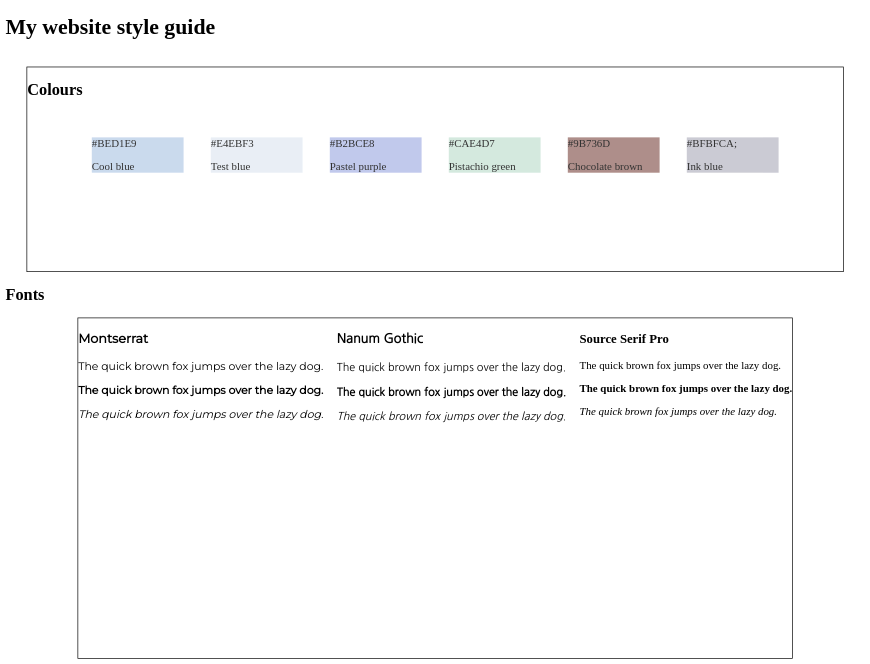
Repository: nazaninrizvi/codecademy
Page: Javascript/website-design-system/index.html
An editor plug-in stored every save of this project. The page is shown before and after a run of saves, followed by the edit.
The browser window is 1280 px wide. The pictures show the whole page, at 68% of full size.
Some web fonts or font styles are not loaded; a fallback is used.

Above is the page before, as saved 2021-11-27 22:05:15.

After the next 4 saves:
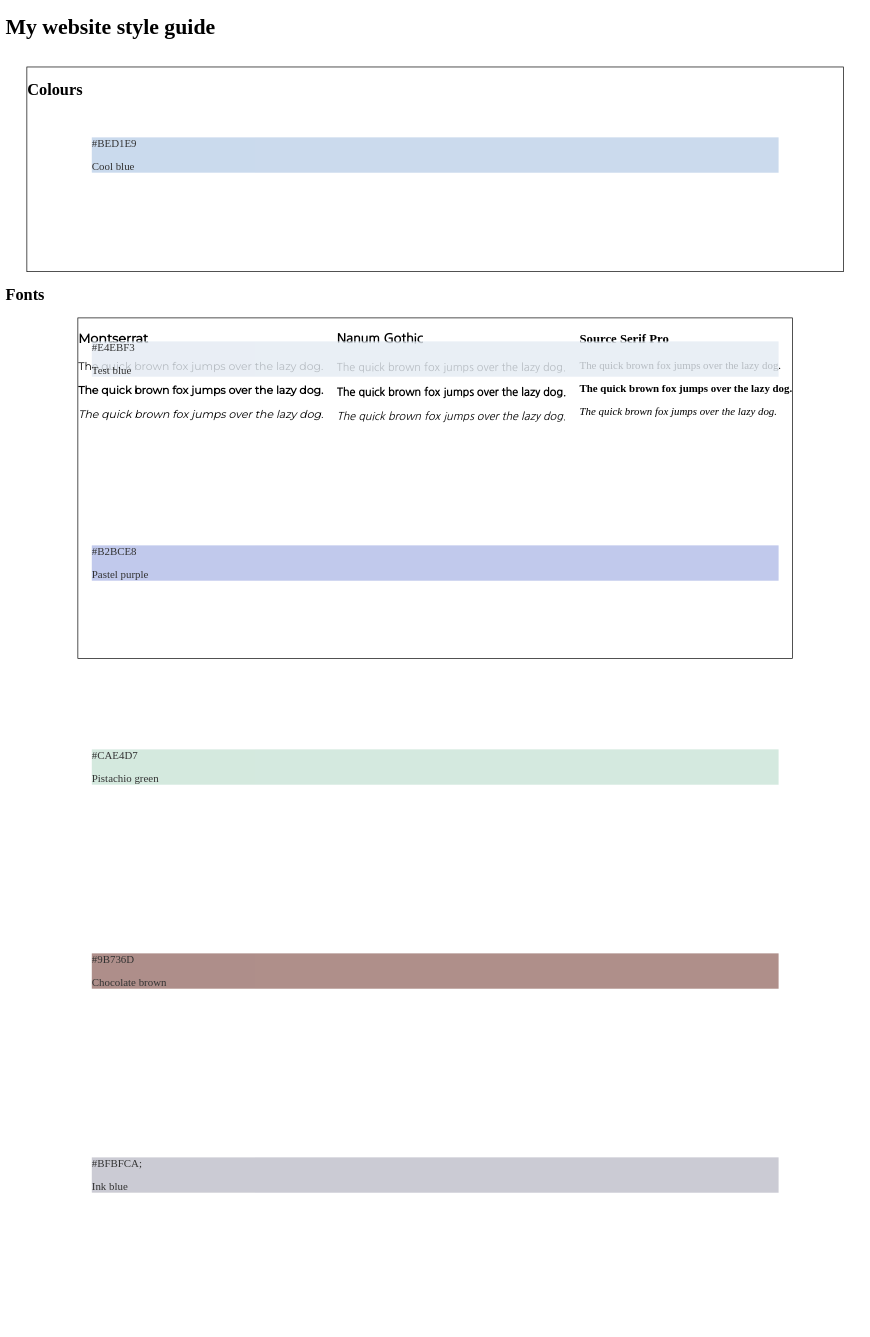
The 4 saves are shown as one change because they came seconds apart.
The last was saved 11 s later.
--- a/Javascript/website-design-system/styles.css
+++ b/Javascript/website-design-system/styles.css
@@ -10,7 +10,7 @@
   .colcontainer{
     max-width: 1050px;
     margin: 15px auto auto auto;
-    display: flex;
+    flex-wrap: wrap;
     justify-content: space-between;
   }
 

After the 2 saves that followed:
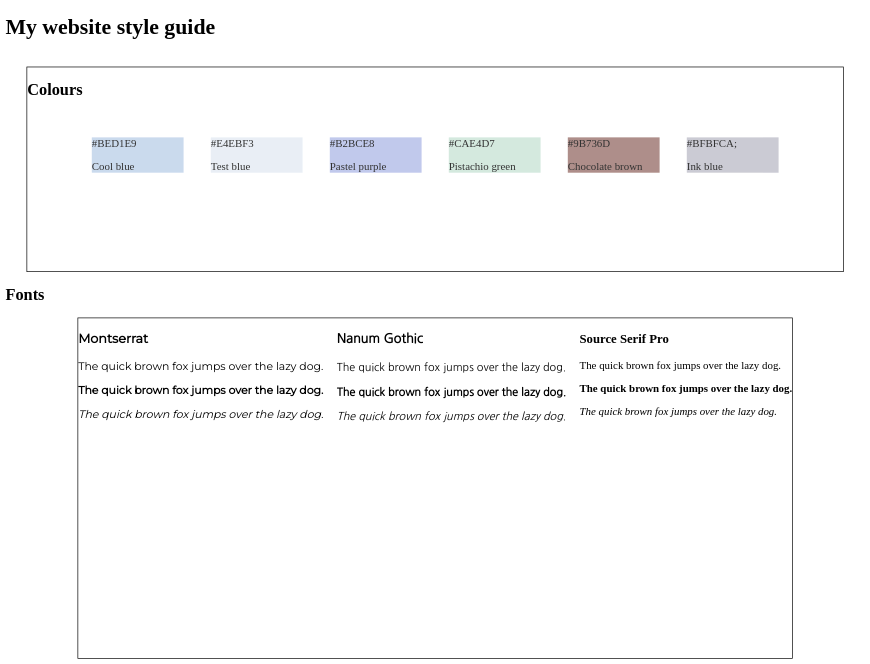
The 2 saves are shown as one change because they came seconds apart.
The last was saved 14 s later.
--- a/Javascript/website-design-system/styles.css
+++ b/Javascript/website-design-system/styles.css
@@ -10,7 +10,7 @@
   .colcontainer{
     max-width: 1050px;
     margin: 15px auto auto auto;
-    flex-wrap: wrap;
+    display: flex;
     justify-content: space-between;
   }
 
